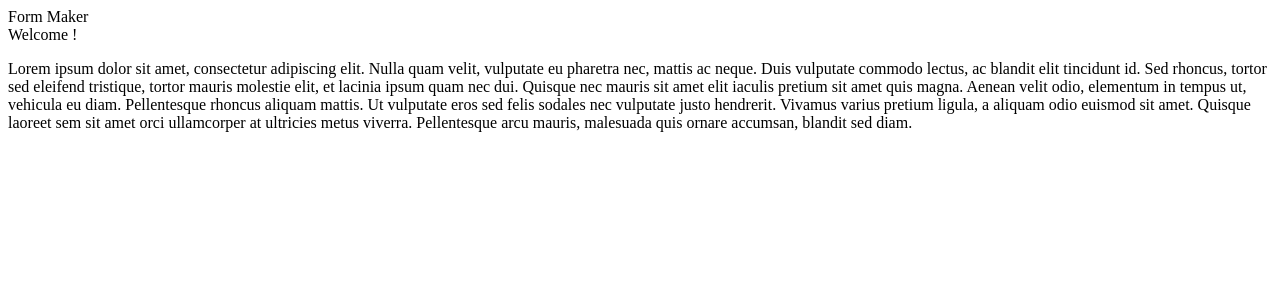
Repository: dishant8/Web-development
Page: public/WebDevWorkspace/Assignment1/WebContent/Css/Bootstrap/home.html
An editor plug-in stored every save of this project. The page is shown before and after the next save, followed by the edit.
The browser window is 1280 px wide. The pictures show the whole page.

Above is the page before, as saved 2015-09-30 05:22:21.

### public/WebDevWorkspace/Assignment1/WebContent/Css/Bootstrap/home.html
<!DOCTYPE html>
<html>
<head>
<meta charset="ISO-8859-1">
<title>Home</title>
</head>
<body>
	<header>Form Maker</header>
	<header>Welcome !</header>
	<p>Lorem ipsum dolor sit amet, consectetur adipiscing elit. Nulla quam velit, vulputate eu pharetra nec, mattis ac neque. Duis vulputate commodo lectus, ac blandit elit tincidunt id. Sed rhoncus, tortor sed eleifend tristique, tortor mauris molestie elit, et lacinia ipsum quam nec dui. Quisque nec mauris sit amet elit iaculis pretium sit amet quis magna. Aenean velit odio, elementum in tempus ut, vehicula eu diam. Pellentesque rhoncus aliquam mattis. Ut vulputate eros sed felis sodales nec vulputate justo hendrerit. Vivamus varius pretium ligula, a aliquam odio euismod sit amet. Quisque laoreet sem sit amet orci ullamcorper at ultricies metus viverra. Pellentesque arcu mauris, malesuada quis ornare accumsan, blandit sed diam.</p>
</body>
</html>

After the next save:
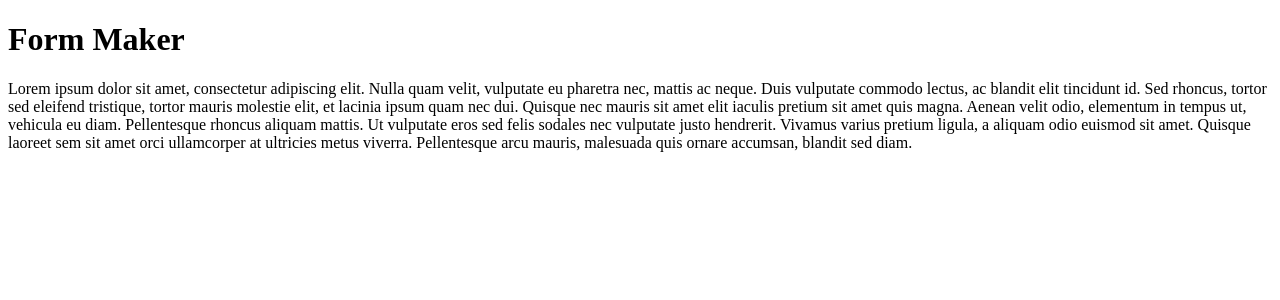
Saved 25 s later.
--- a/public/WebDevWorkspace/Assignment1/WebContent/Css/Bootstrap/home.html
+++ b/public/WebDevWorkspace/Assignment1/WebContent/Css/Bootstrap/home.html
@@ -5,8 +5,10 @@
 <title>Home</title>
 </head>
 <body>
-	<header>Form Maker</header>
-	<header>Welcome !</header>
+	<header>
+	<h1>Form Maker</h1>
+	</header>
+
 	<p>Lorem ipsum dolor sit amet, consectetur adipiscing elit. Nulla quam velit, vulputate eu pharetra nec, mattis ac neque. Duis vulputate commodo lectus, ac blandit elit tincidunt id. Sed rhoncus, tortor sed eleifend tristique, tortor mauris molestie elit, et lacinia ipsum quam nec dui. Quisque nec mauris sit amet elit iaculis pretium sit amet quis magna. Aenean velit odio, elementum in tempus ut, vehicula eu diam. Pellentesque rhoncus aliquam mattis. Ut vulputate eros sed felis sodales nec vulputate justo hendrerit. Vivamus varius pretium ligula, a aliquam odio euismod sit amet. Quisque laoreet sem sit amet orci ullamcorper at ultricies metus viverra. Pellentesque arcu mauris, malesuada quis ornare accumsan, blandit sed diam.</p>
 </body>
 </html>
